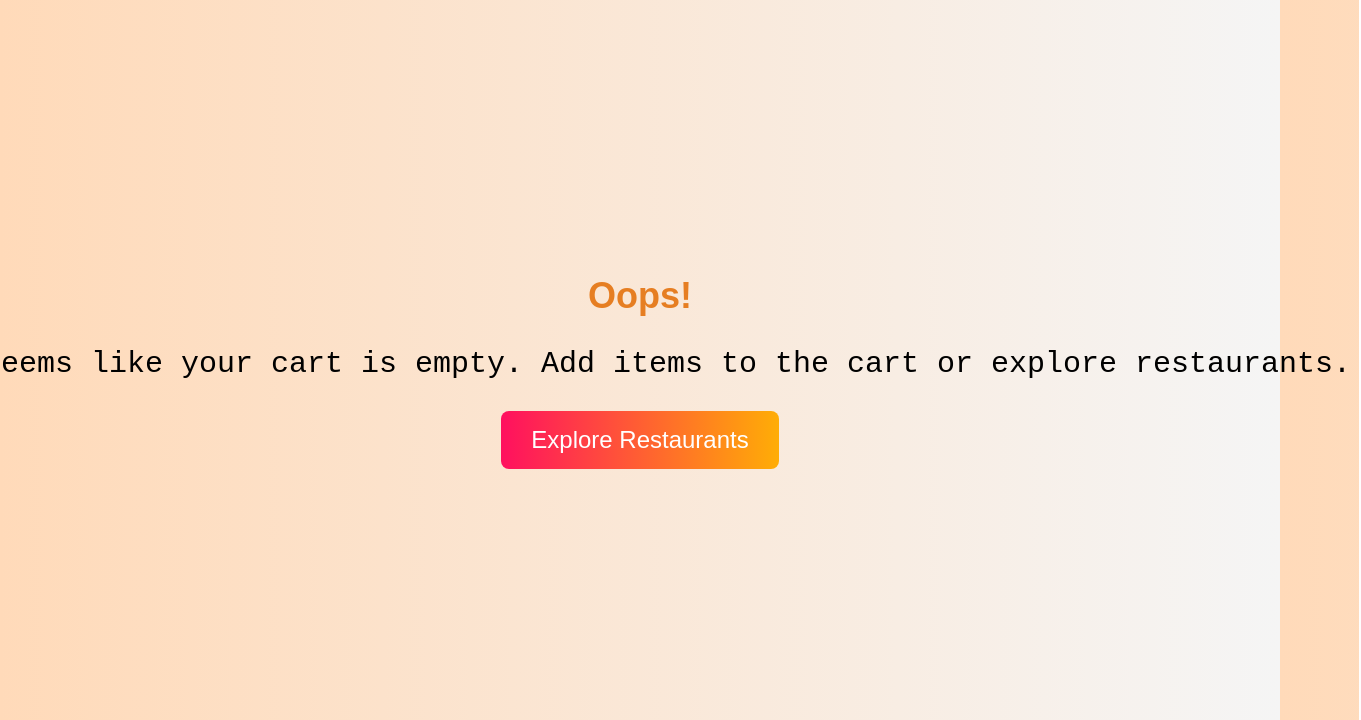
Repository: SWATHIBHUMA/FoodDelivaryApp
Page: http://localhost/FoodDelivaryApp/errorpage2.jsp
An editor plug-in stored every save of this project. The page is shown before and after the next save, followed by the edit.
The browser window is 1280 px wide. The page is 1361 px wide, then 1280 px, so the pictures cover 1361 px, including what lies to the right of the window. The pictures show the whole page.
The page is served by Tomcat 9. Other server files are loaded and not shown.

Above is the page before, as saved 2024-01-15 06:04:04.

### FoodDelivaryApp/src/main/webapp/errorpage2.jsp
<%@ page language="java" contentType="text/html; charset=UTF-8" pageEncoding="UTF-8"%>

<!DOCTYPE html>
<html lang="en">
<head>
    <meta charset="UTF-8">
    <meta http-equiv="X-UA-Compatible" content="IE=edge">
    <meta name="viewport" content="width=device-width, initial-scale=1.0">
    <title>Error - Nothing in Cart</title>
    <link rel="stylesheet" href="CSS/ErrorStyle.css" type="text/css">
</head>
<body>
    <div class="container">
        <h1>Oops!</h1>
        <p class="text">It seems like your cart is empty. Add items to the cart or explore restaurants.</p>
        <button onclick="window.location.href='<%= request.getContextPath() %>/Restaurents'">Explore Restaurants</button>
    </div>
</body>
</html>

### FoodDelivaryApp/src/main/webapp/CSS/ErrorStyle.css
@charset "UTF-8";
body {
	font-family: 'Arial', sans-serif;
	background: linear-gradient(to right, peachpuff, whitesmoke);
	/* Warm yellow background */
	margin: 0;
	padding: 0;
	display: flex;
	align-items: center;
	justify-content: center;
	height: 100vh;
	text-align: center;
}

.container {
	display: inline-block;
}

.text {
	font-size: 30px;
	font-family: monospace;
	border-right: 5px solid;
	width: 100%;
	white-space: nowrap;
	overflow: hidden;
	animation:
		typing 2s,
		cursor .4s step-end infinite alternate;
}

@keyframes cursor {
	50% {
		border-color: transparent
	}
}

@keyframes typing {
	from {
		width: 0
	}
}


button {
	background: linear-gradient(to right, #ff105f,#ffad06);
	/* Dark orange button color */
	color: #ffffff;
	/* White button text color */
	padding: 15px 30px;
	font-size: 24px;
	/* Increased font size */
	border: none;
	border-radius: 8px;
	cursor: pointer;
	transition: background-color 0.3s ease, transform 0.3s ease;
	outline: none;
	/* Remove default focus outline */
}

button:hover {
	background-color: #d35400;
	transform: scale(1.1);
	/* Darker orange on hover */
}


h1 {
	color: #e67e22;
	/* Dark orange text */
	margin-bottom: 20px;
	font-size: 36px;
	/* Increased font size */
	animation: bounce 1s forwards;
	/* Change infinite to forwards for single time bounce */
}

@keyframes bounce {

	0%,
	20%,
	50%,
	80%,
	100% {
		transform: translateY(0);
	}

	40% {
		transform: translateY(-20px);
	}

	60% {
		transform: translateY(-10px);
	}
}

@keyframes typing {
	from {
		width: 0;
	}
}

@keyframes fadeIn {
	from {
		opacity: 0;
	}

	to {
		opacity: 1;
	}
}

After the next save:
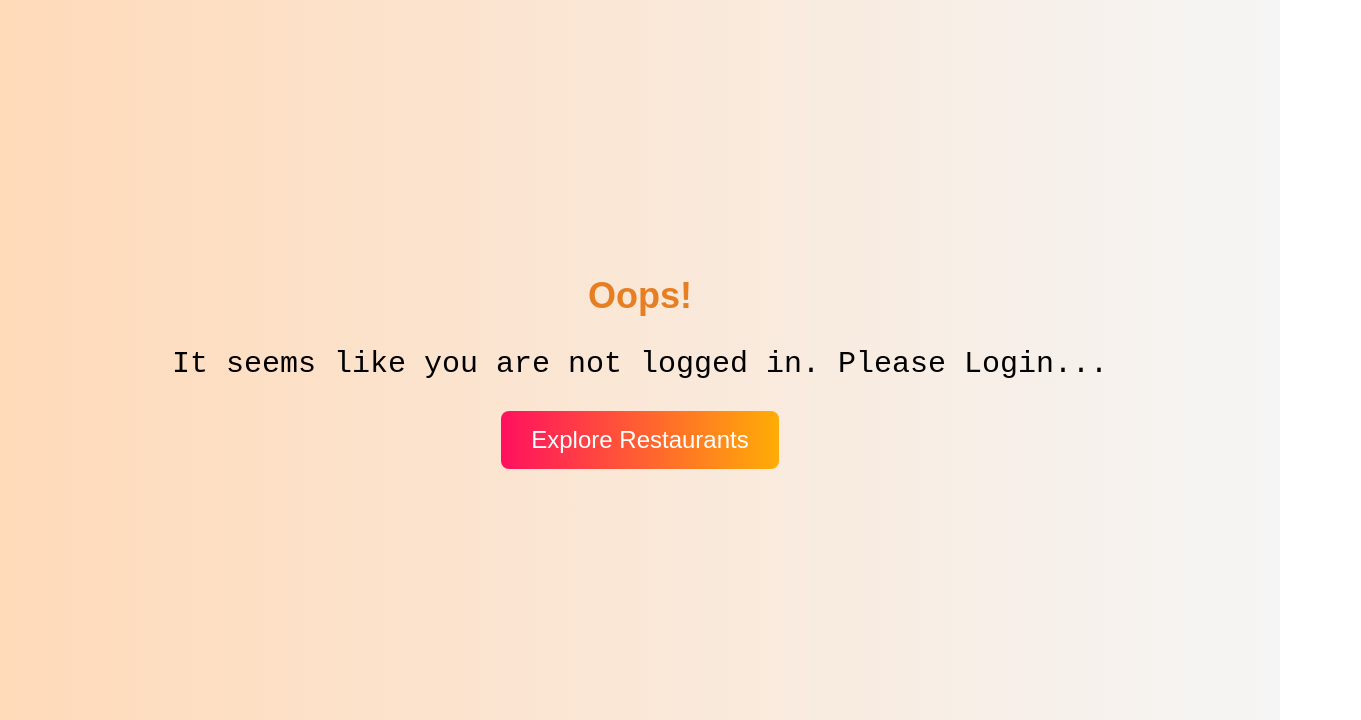
Saved 39 s later.
--- a/FoodDelivaryApp/src/main/webapp/errorpage2.jsp
+++ b/FoodDelivaryApp/src/main/webapp/errorpage2.jsp
@@ -12,7 +12,7 @@
 <body>
     <div class="container">
         <h1>Oops!</h1>
-        <p class="text">It seems like your cart is empty. Add items to the cart or explore restaurants.</p>
+        <p class="text">It seems like you are not logged in. Please Login...</p>
         <button onclick="window.location.href='<%= request.getContextPath() %>/Restaurents'">Explore Restaurants</button>
     </div>
 </body>
